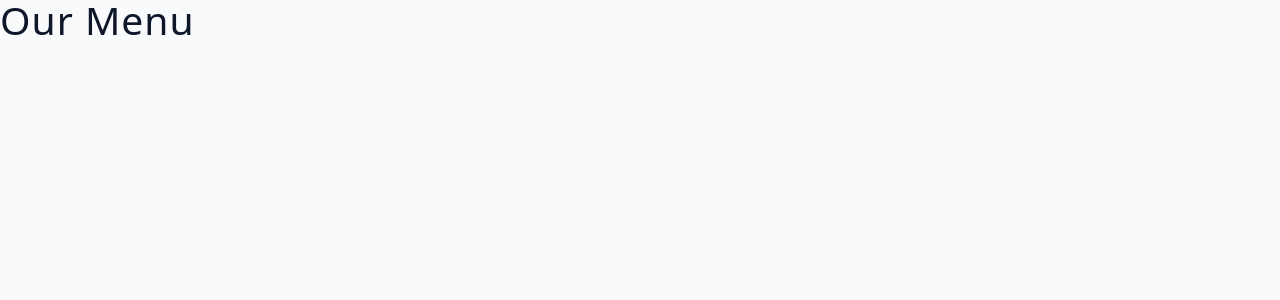
Repository: Maryie-B/React-Practice-Projects
Page: / (app in Restaurant Menu/)
The author's editor kept a copy of each file at every save. The page is drawn from the files as they stood at one save, then again after the next save.
The browser window is 1280 px wide. The pictures show the whole page.
The project was rebuilt for these pictures with package versions that can differ from the ones it lists, and the page was loaded fresh each time. Also part of the build but not shown: Restaurant Menu/vite.config.js.

Above is the page before, as saved 2023-06-08 09:19:49.

### Restaurant Menu/src/App.jsx
import Title from "./Title";


const App = () => {
  return <main>
    <section>
      <Title text='our menu'/>
    </section>
  </main>;
};
export default App;

### Restaurant Menu/src/Title.jsx
import React from 'react'

const Title = ({text}) => {
  return (
    <div>
      <h2>{text || 'Default Title'}</h2>
    </div>
  )
}

export default Title

Loaded but not shown: Restaurant Menu/index.html (common file); Restaurant Menu/src/main.jsx (common file); Restaurant Menu/src/index.css (common file)

After the next save:
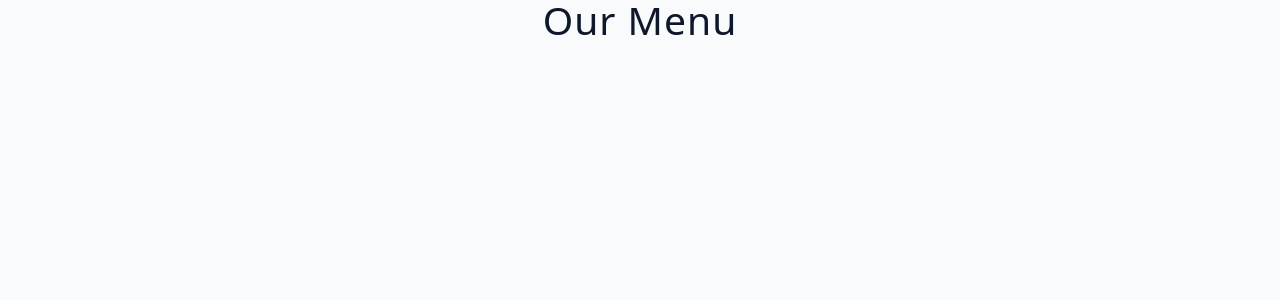
Saved 38 s later.
--- a/Restaurant Menu/src/Title.jsx
+++ b/Restaurant Menu/src/Title.jsx
@@ -3,7 +3,7 @@ import React from 'react'
 const Title = ({text}) => {
   return (
     <div>
-      <h2>{text || 'Default Title'}</h2>
+      <h2 className='title'>{text || 'Default Title'}</h2>
     </div>
   )
 }
